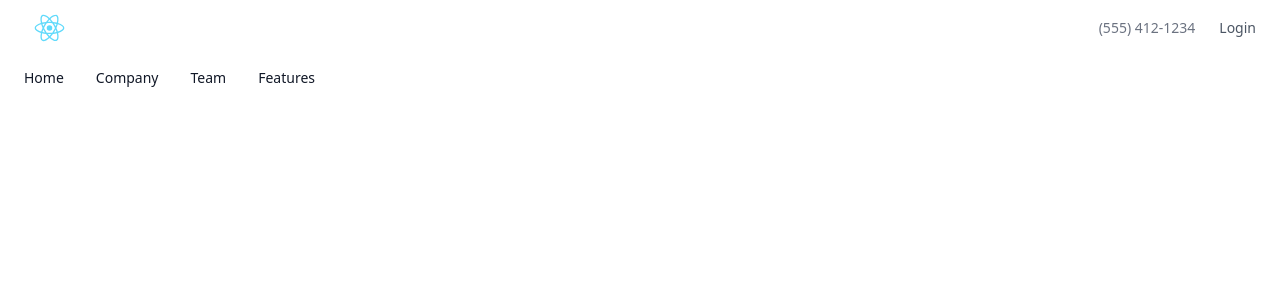
Repository: farrelmuhammad/arkademi-test
Page: /
An editor plug-in stored every save of this project. The page is shown before and after the next save, followed by the edit.
The browser window is 1280 px wide. The pictures show the whole page.
The project was rebuilt for these pictures with package versions that can differ from the ones it lists, and the page was loaded fresh each time. Also part of the build but not shown: src/App.css.

Above is the page before, as saved 2022-12-28 17:39:28.

### src/App.js
import logo from './logo.svg';
import './App.css';
import Home from './pages/Home';

function App() {
  return (
    <>
      <Home />
    </>
  );
}

export default App;

### src/pages/Home.jsx
import React from "react";
import Navbar from "../components/Navbar";

const Home = () => {
  return (
    <>
      <Navbar />
    </>
  );
};

export default Home;

### src/components/Navbar.jsx
import React from "react";
import Logo from "../assets/Logo.svg";

const Navbar = () => {
  return (
    <>
      <nav className="bg-white border-blue-500 dark:bg-blue-500">
        <div className="flex flex-wrap justify-between items-center mx-auto max-w-screen-xl px-4 md:px-6 py-2.5">
          <a href="https://flowbite.com" className="flex items-center">
            <img
              src={Logo}
              className="h-6 mr-3 sm:h-9"
              alt="Arkademi Logo"
            />
            {/* <span className="self-center text-xl font-semibold whitespace-nowrap dark:text-white">
              Flowbite
            </span> */}
          </a>
          <div className="flex items-center">
            <a
              href="tel:5541251234"
              className="mr-6 text-sm font-medium text-gray-500 dark:text-white hover:underline"
            >
              (555) 412-1234
            </a>
            <a
              href="#"
              className="text-sm font-medium text-gray-600 dark:text-white hover:underline"
            >
              Login
            </a>
          </div>
        </div>
      </nav>
      <nav className="bg-white dark:bg-white">
        <div className="max-w-screen-xl px-4 py-3 mx-auto md:px-6">
          <div className="flex items-center">
            <ul className="flex flex-row mt-0 mr-6 space-x-8 text-sm font-medium">
              <li>
                <a
                  href="#"
                  className="text-gray-900 dark:text-dark hover:underline"
                  aria-current="page"
                >
                  Home
                </a>
              </li>
              <li>
                <a
                  href="#"
                  className="text-gray-900 dark:text-dark hover:underline"
                >
                  Company
                </a>
              </li>
              <li>
                <a
                  href="#"
                  className="text-gray-900 dark:text-dark hover:underline"
                >
                  Team
                </a>
              </li>
              <li>
                <a
                  href="#"
                  className="text-gray-900 dark:text-dark hover:underline"
                >
                  Features
                </a>
              </li>
            </ul>
          </div>
        </div>
      </nav>
    </>
  );
};

export default Navbar;

Loaded but not shown: public/index.html (common file); src/index.js (common file); src/index.css (common file); src/reportWebVitals.js (common file); tailwind.config.js (common file)

After the next save:
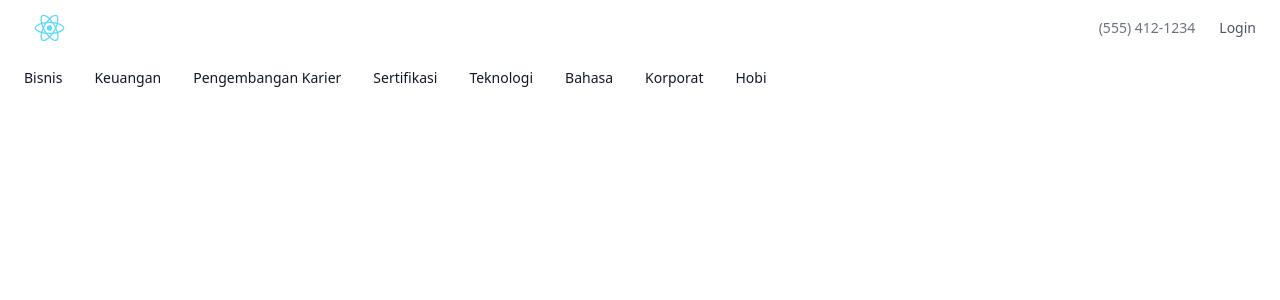
Saved 20 min 2 s later.
--- a/src/components/Navbar.jsx
+++ b/src/components/Navbar.jsx
@@ -7,11 +7,7 @@
       <nav className="bg-white border-blue-500 dark:bg-blue-500">
         <div className="flex flex-wrap justify-between items-center mx-auto max-w-screen-xl px-4 md:px-6 py-2.5">
           <a href="https://flowbite.com" className="flex items-center">
-            <img
-              src={Logo}
-              className="h-6 mr-3 sm:h-9"
-              alt="Arkademi Logo"
-            />
+            <img src={Logo} className="h-6 mr-3 sm:h-9" alt="Arkademi Logo" />
             {/* <span className="self-center text-xl font-semibold whitespace-nowrap dark:text-white">
               Flowbite
             </span> */}
@@ -42,7 +38,7 @@
                   className="text-gray-900 dark:text-dark hover:underline"
                   aria-current="page"
                 >
-                  Home
+                  Bisnis
                 </a>
               </li>
               <li>
@@ -50,7 +46,7 @@
                   href="#"
                   className="text-gray-900 dark:text-dark hover:underline"
                 >
-                  Company
+                  Keuangan
                 </a>
               </li>
               <li>
@@ -58,7 +54,7 @@
                   href="#"
                   className="text-gray-900 dark:text-dark hover:underline"
                 >
-                  Team
+                  Pengembangan Karier
                 </a>
               </li>
               <li>
@@ -66,7 +62,39 @@
                   href="#"
                   className="text-gray-900 dark:text-dark hover:underline"
                 >
-                  Features
+                  Sertifikasi
+                </a>
+              </li>
+              <li>
+                <a
+                  href="#"
+                  className="text-gray-900 dark:text-dark hover:underline"
+                >
+                  Teknologi
+                </a>
+              </li>
+              <li>
+                <a
+                  href="#"
+                  className="text-gray-900 dark:text-dark hover:underline"
+                >
+                  Bahasa
+                </a>
+              </li>
+              <li>
+                <a
+                  href="#"
+                  className="text-gray-900 dark:text-dark hover:underline"
+                >
+                  Korporat
+                </a>
+              </li>
+              <li>
+                <a
+                  href="#"
+                  className="text-gray-900 dark:text-dark hover:underline"
+                >
+                  Hobi
                 </a>
               </li>
             </ul>
